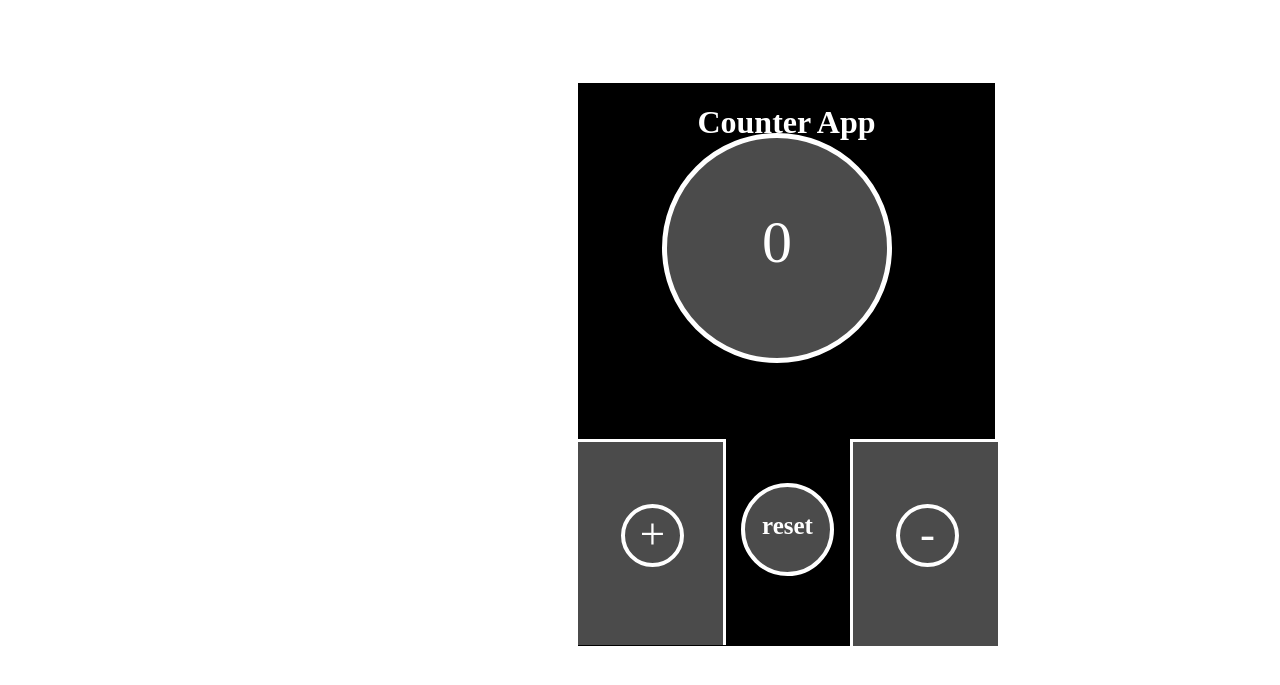
Repository: sara55m/Counter_App
Page: index.html
These files come from the project's save history. The page is drawn as it stood at one moment and after the next save; the edit follows.
The browser window is 1280 px wide. The pictures show the whole page.

Above is the page before, as saved 2024-08-01 03:57:04.

After the next save:
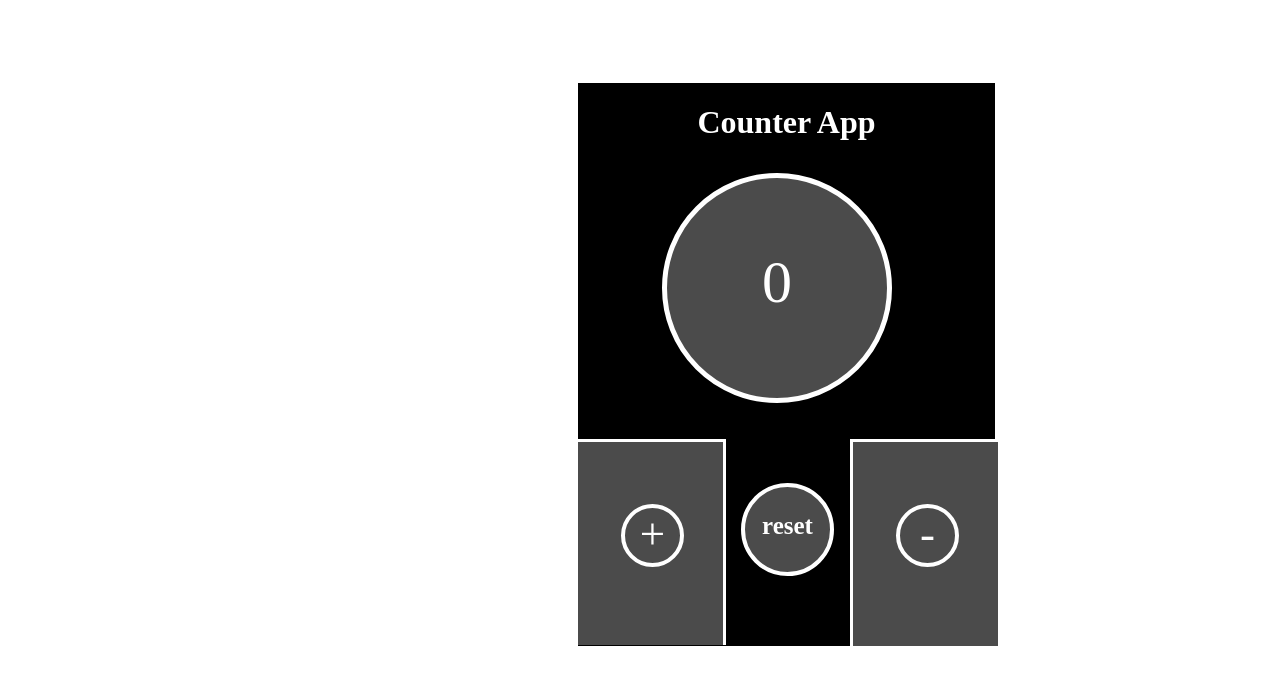
Saved 2 min 11 s later.
--- a/css/style.css
+++ b/css/style.css
@@ -20,7 +20,7 @@ p.one{
 
 .main{
     position:absolute;
-    top:50px;
+    top:90px;
     left:84px;
     height:200px;
     width:200px;
